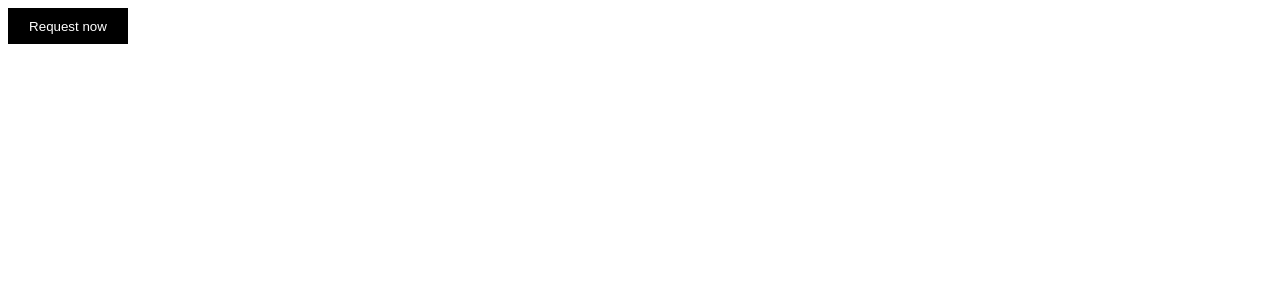
Repository: Kurumilli/Youtube
Page: Exercise3.html
The author's editor kept a copy of each file at every save. The page is drawn from the files as they stood at one save, then again after the next save.
The browser window is 1280 px wide. The pictures show the whole page.

Above is the page before, as saved 2025-01-25 12:03:12.

After the next save:
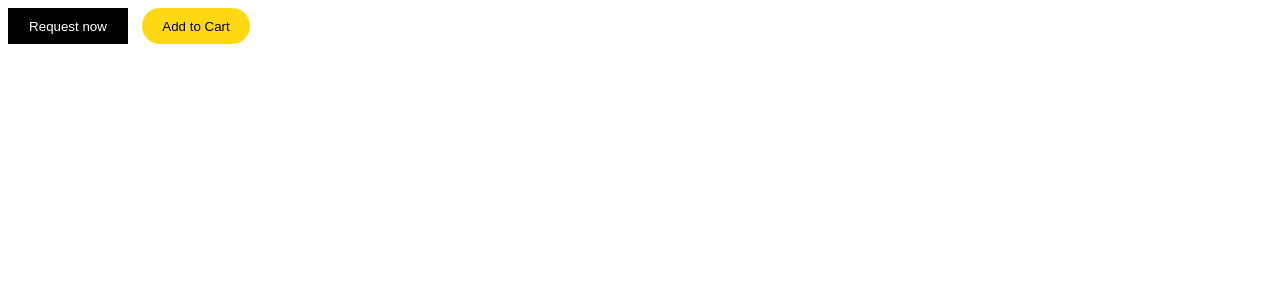
Saved 10 min 38 s later.
--- a/Exercise3.html
+++ b/Exercise3.html
@@ -15,6 +15,15 @@
                 opacity: 0.7;
             }
 
+            .amazon{
+                background-color:rgb(255,216,20) ;
+                height: 36px;
+                width: 108px;
+                border: none;
+                border-radius: 18px;
+                margin-right: 10px;
+            }
+
 
 
 
@@ -25,5 +34,9 @@
          <button class="uber">
             Request now
         </button>
+
+        <button class="amazon">
+            Add to Cart
+        </button>
      </body>
 </html>
